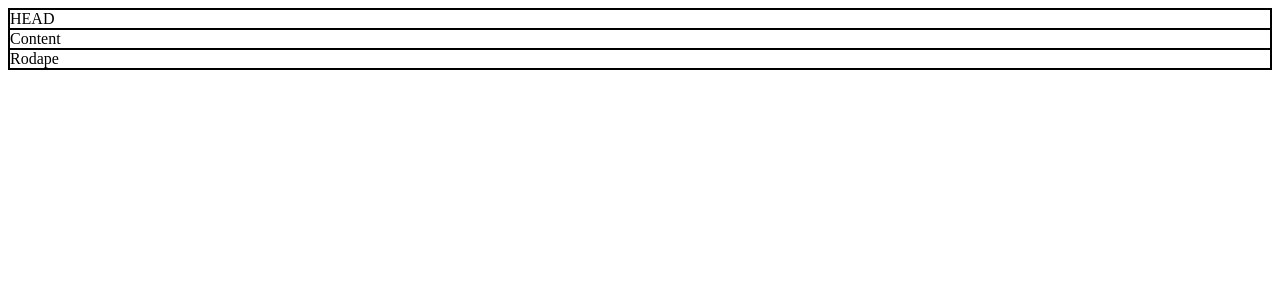
Repository: Natanzx/DogECatRoom
Page: http://localhost/DogECatRoom/login.jsp
The author's editor kept a copy of each file at every save. The page is drawn from the files as they stood at one save, then again after a run of saves.
The browser window is 1280 px wide. The pictures show the whole page.
The page is served by Tomcat 9.

Above is the page before, as saved 2016-05-15 18:12:43.

After the next 2 saves:
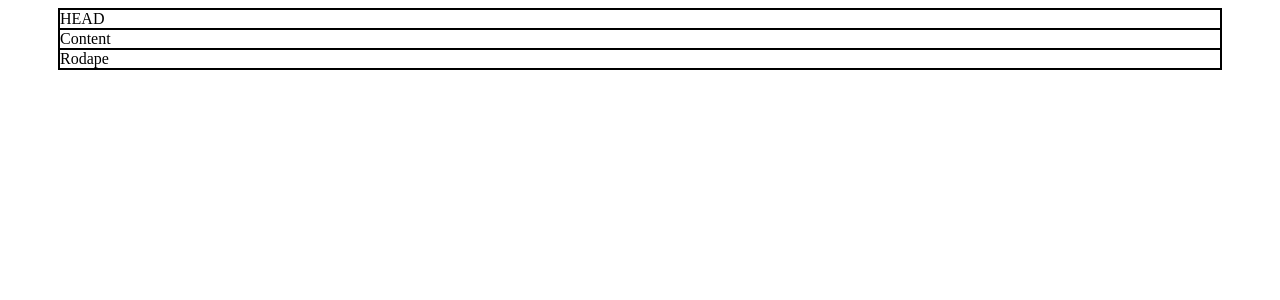
The 2 saves are shown as one change because they came seconds apart.
The last was saved 34 s later.
--- a/DogECatRoom/WebContent/bibliotecas/css/estilos.css
+++ b/DogECatRoom/WebContent/bibliotecas/css/estilos.css
@@ -4,3 +4,8 @@ div {
 
 	border				: 1px solid black;
 }
+
+.divMargin{
+	margin				: 0px 50px;
+
+}
